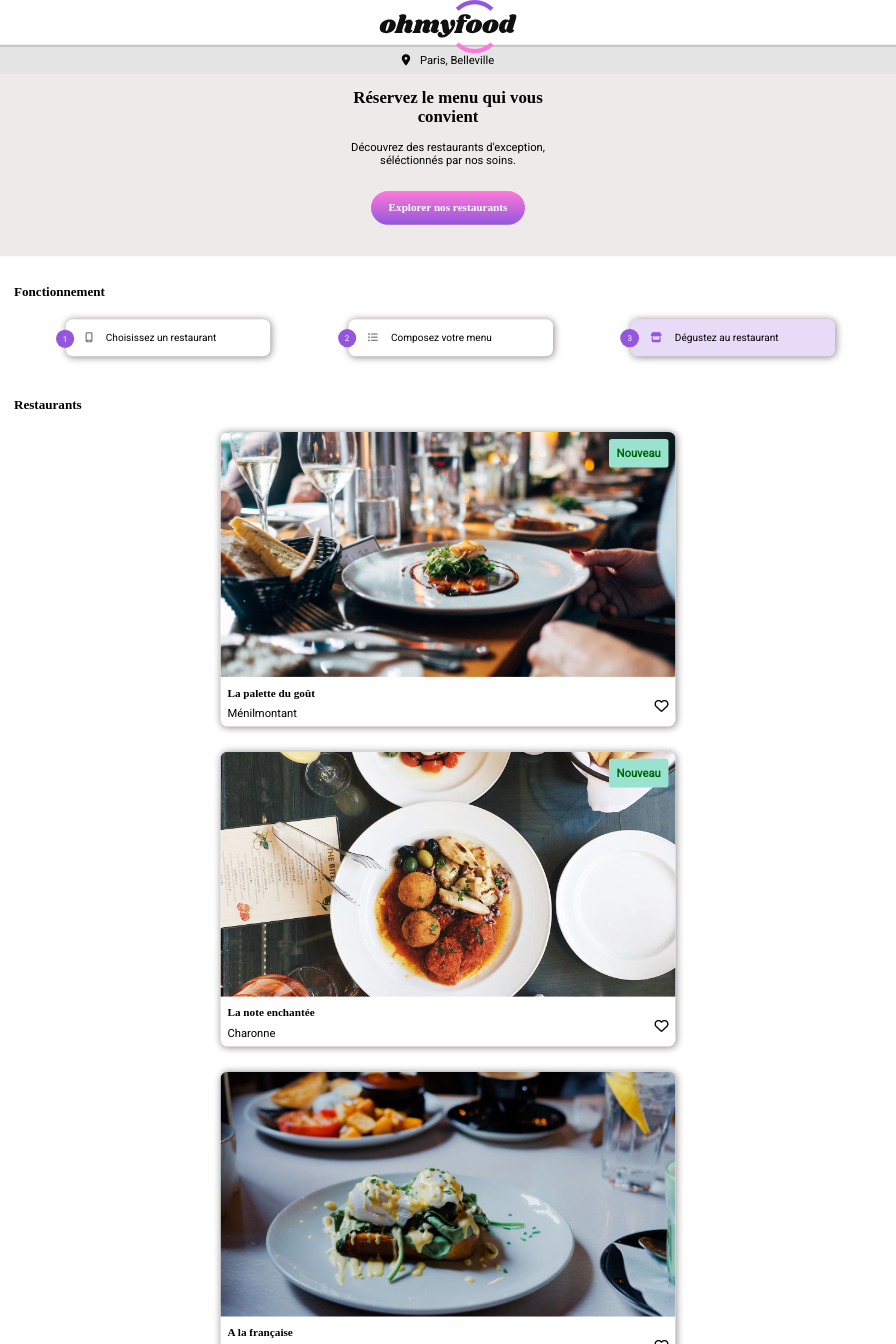
Repository: Micka-17/boimickael_3_16042021
Page: index.html
An editor plug-in stored every save of this project. The page is shown before and after the next save, followed by the edit.
The browser window is 1280 px wide. The pictures show the part of the page from y = 0 to 1920 px (the page is 2618 px tall), at 70% of full size.
Some web fonts or font styles are not loaded; a fallback is used. Some web libraries are served in a nearby version. The style sheet was rebuilt from its Sass, Less or Tailwind sources for each picture, by a compiler version that may differ from the author's.

Above is the page before, as saved 2021-05-26 10:49:40.

After the next save:
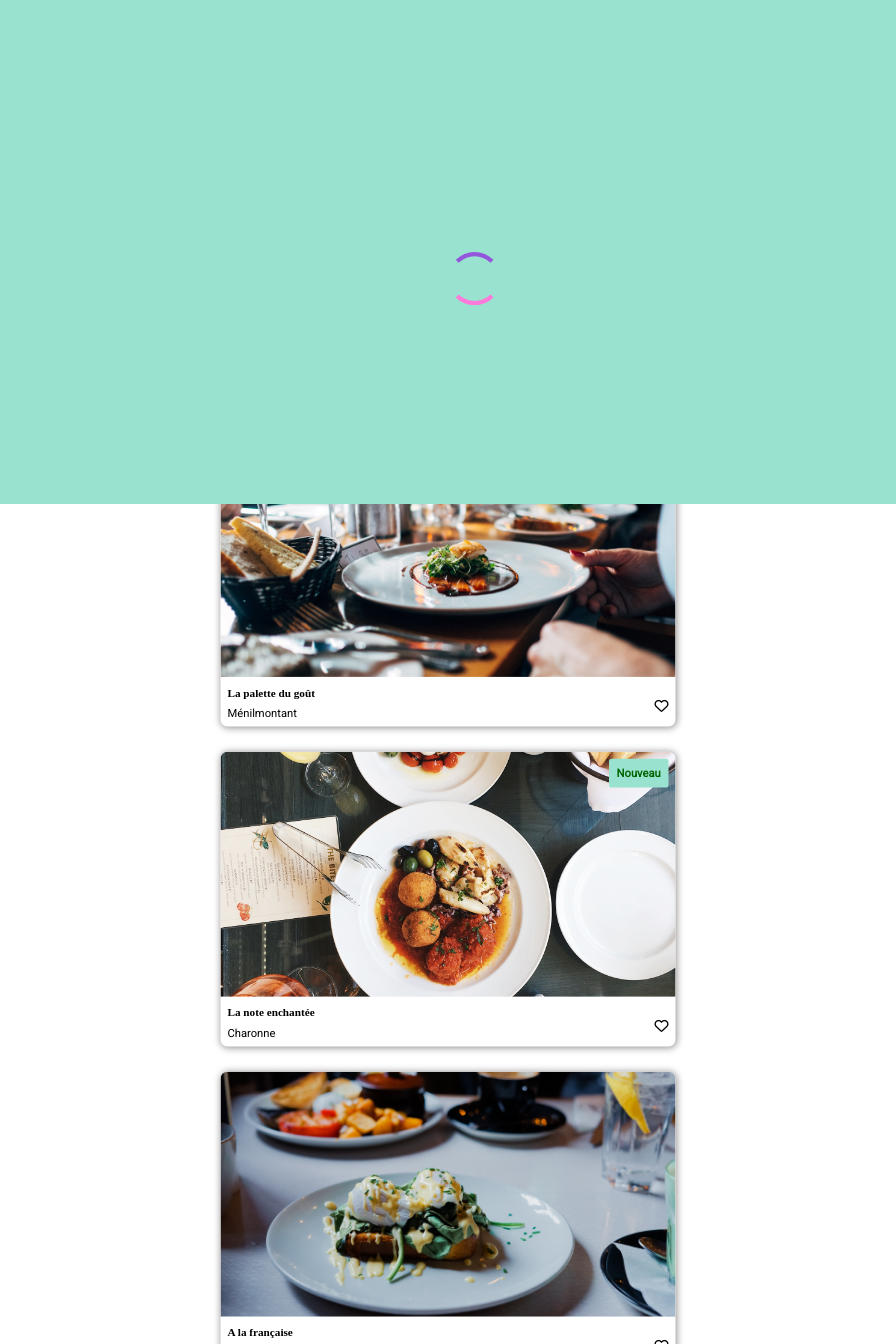
Saved 4 s later.
--- a/sass/style.scss
+++ b/sass/style.scss
@@ -22,7 +22,7 @@ ul {
     left: 0;
     background-color: $color3;
     min-width: 100%;
-    height: auto;
+    height: 100%;
     animation: loader2 33s;
     animation-fill-mode: both;
     animation-timing-function: step-end;
